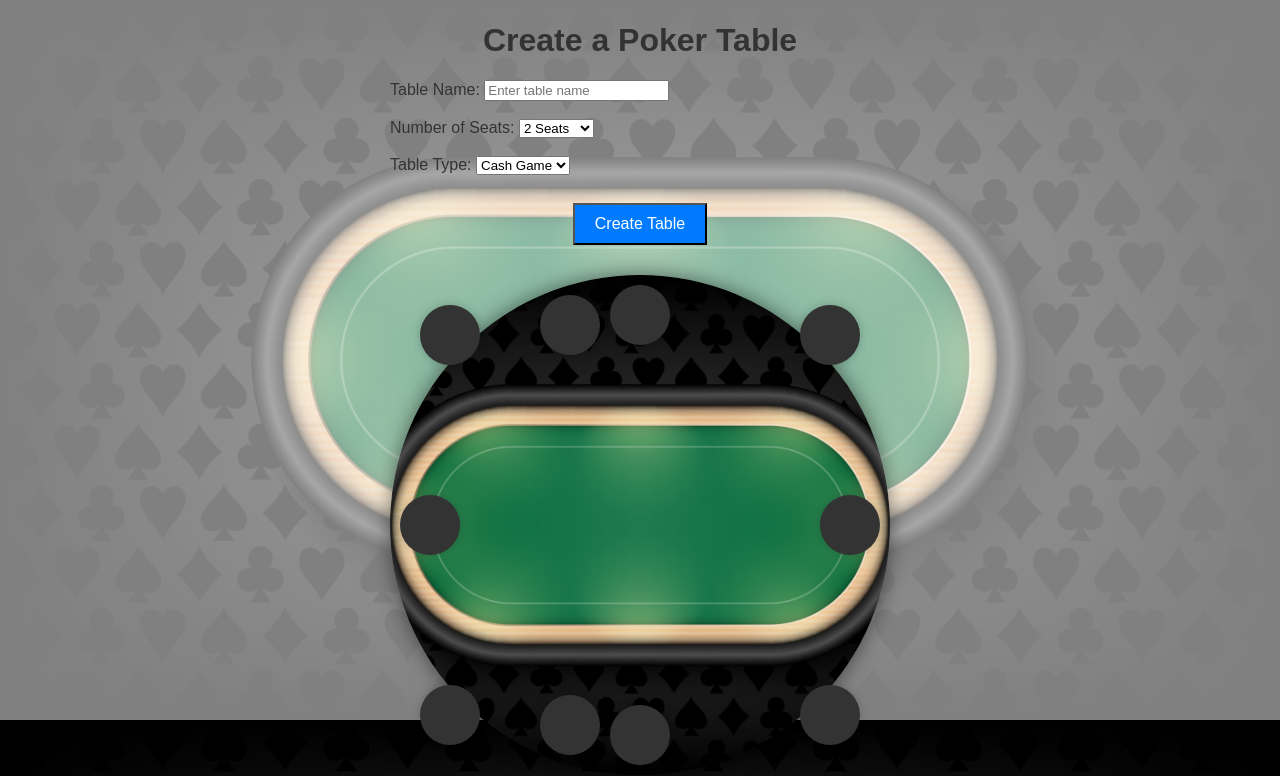
Repository: KidBillionaire/newapp
Page: public/create-table.html
The author's editor kept a copy of each file at every save. The page is drawn from the files as they stood at one save, then again after the next save.
The browser window is 1280 px wide. The pictures show the whole page.
Backgrounds fixed to the window are drawn as part of the page.

Above is the page before, as saved 2024-10-10 16:28:37.

### public/create-table.html
<!DOCTYPE html>
<html lang="en">
<head>
  <meta charset="UTF-8">
  <meta name="viewport" content="width=device-width, initial-scale=1.0">
  <title>Create a Poker Table</title>
  <link rel="stylesheet" href="styles.css"> <!-- Link to your styles -->
  <script defer src="/js/createTable.js"></script> <!-- Link to frontend JS for this page -->
</head>
<body class="create-table-page"> <!-- Apply the background image to this page -->
  <div>
    <h1>Create a Poker Table</h1>
    <form id="createTableForm">
      <label for="tableName">Table Name:</label>
      <input type="text" id="tableName" placeholder="Enter table name" required>
      <br><br>

      <label for="numSeats">Number of Seats:</label>
      <select id="numSeats">
        <option value="2">2 Seats</option>
        <option value="6">6 Seats</option>
        <option value="10">10 Seats</option>
      </select>
      <br><br>

      <label for="tableType">Table Type:</label>
      <select id="tableType">
        <option value="cash">Cash Game</option>
        <option value="tournament">Tournament</option>
      </select>
      <br><br>

      <button type="submit">Create Table</button>
    </form>

    <!-- Poker Table Container -->
    <div id="pokerTableContainer">
      <div id="pokerTable">
        <!-- Player Seats (Will be populated dynamically) -->
        <div class="seat seat-top" id="seat1"></div>
        <div class="seat seat-right" id="seat2"></div>
        <div class="seat seat-bottom" id="seat3"></div>
        <div class="seat seat-left" id="seat4"></div>
        <div class="seat seat-top-right" id="seat5"></div>
        <div class="seat seat-bottom-right" id="seat6"></div>
        <div class="seat seat-bottom-left" id="seat7"></div>
        <div class="seat seat-top-left" id="seat8"></div>
        <div class="seat seat-top-center" id="seat9"></div>
        <div class="seat seat-bottom-center" id="seat10"></div>
      </div>
    </div>
  </div>
</body>
</html>

### public/styles.css
body {
    font-family: Arial, sans-serif;
    background-color: #f7f9fc;
    padding: 20px;
}

h1 {
    text-align: center;
    color: #333;
}

#userTable {
    width: 80%;
    margin: 0 auto;
    border-collapse: collapse;
}

#userTable th,
#userTable td {
    border: 1px solid #ddd;
    padding: 8px;
    text-align: center;
}

#userTable th {
    background-color: #333;
    color: white;
}

button {
    display: block;
    margin: 10px auto;
    padding: 10px 20px;
    font-size: 16px;
    cursor: pointer;
}

button:hover {
    background-color: #555;
    /* Darker background */
    color: #fff;
    /* White text */
}


.montserrat-title {
    font-family: 'Montserrat', sans-serif;
    font-weight: 700;
    /* strong title font */
}

.montserrat-body {
    font-family: 'Montserrat', sans-serif;
    font-weight: 400;
    /* normal body font */
}

.container {
    display: flex;
    justify-content: space-around;
    align-items: center;
}

:root {
    --primary-color: #333;
    --secondary-color: #007BFF;
    --background: #f7f9fc;
}

body {
    background: var(--background);
    color: var(--primary-color);
}

button {
    background-color: var(--secondary-color);
    color: white;
}

/* Profile Settings Section */
#profileSettings {
    margin: 20px auto;
    width: 50%;
    border: 1px solid #ddd;
    padding: 20px;
    background-color: #fff;
    box-shadow: 0 0 10px rgba(0, 0, 0, 0.1);
}

.hidden {
    display: none;
}

#profileSettings label {
    display: inline-block;
    width: 150px;
}

#profileSettings input {
    width: calc(100% - 160px);
    padding: 8px;
    margin: 8px 0;
}

#profileSettings button {
    width: 100%;
    padding: 10px;
    background-color: #333;
    color: white;
    border: none;
    cursor: pointer;
}
/* Create a specific class for the Create Poker Table page background */
.create-table-page {
    background-image: url('images/vecteezy_poker-table-green-cloth-on-dark-background-vector-illustration_6325236.jpg'); /* Set background image */
    background-size: cover;         /* Scale the image to cover the entire page */
    background-repeat: no-repeat;   /* Prevent tiling */
    background-position: center;    /* Center the background */
    background-attachment: fixed;   /* Make the background fixed during scroll */
    padding: 20px;
    height: 100vh;                  /* Set height to fill the entire view height */
    display: flex;                  /* Use flexbox for centering */
    justify-content: center;        /* Center content horizontally */
    align-items: center;            /* Center content vertically */
  }

  .create-table-page::after {
    content: '';
    position: absolute;
    top: 0;
    left: 0;
    width: 100%;
    height: 100%;
    background: rgba(255, 255, 255, 0.5); /* Dark overlay */
    z-index: -1; /* Ensure it stays behind other elements */
  }
  /* Container for the poker table */
#pokerTableContainer {
    display: flex;
    justify-content: center;
    align-items: center;
    margin-top: 30px;
  }

  /* Style the poker table */
  #pokerTable {
    position: relative;
    width: 500px;
    height: 500px;
    border-radius: 50%; /* Make the table circular */
    background: url('images/vecteezy_poker-table-green-cloth-on-dark-background-vector-illustration_6325236.jpg') center/cover; /* Set background image */
    box-shadow: 0 0 20px rgba(0, 0, 0, 0.5);
  }

  /* Generic seat style */
  .seat {
    position: absolute;
    width: 60px;
    height: 60px;
    border-radius: 50%;
    background-color: #333;
    color: white;
    display: flex;
    justify-content: center;
    align-items: center;
    font-size: 14px;
    box-shadow: 0 0 10px rgba(0, 0, 0, 0.2);
  }

  /* Seat positions */
  .seat-top { top: 10px; left: 50%; transform: translateX(-50%); }
  .seat-right { top: 50%; right: 10px; transform: translateY(-50%); }
  .seat-bottom { bottom: 10px; left: 50%; transform: translateX(-50%); }
  .seat-left { top: 50%; left: 10px; transform: translateY(-50%); }

  .seat-top-right { top: 30px; right: 30px; }
  .seat-bottom-right { bottom: 30px; right: 30px; }
  .seat-bottom-left { bottom: 30px; left: 30px; }
  .seat-top-left { top: 30px; left: 30px; }

  .seat-top-center { top: 20px; left: 30%; }
  .seat-bottom-center { bottom: 20px; left: 30%; }

### public/js/createTable.js
// createTable.js

document.addEventListener("DOMContentLoaded", () => {
    const form = document.getElementById("createTableForm");
    const pokerTableContainer = document.getElementById("pokerTable");

    form.addEventListener("submit", function(event) {
      event.preventDefault(); // Prevent default form submission behavior

      // Get form values
      const tableName = document.getElementById("tableName").value;
      const numSeats = parseInt(document.getElementById("numSeats").value);

      // Clear existing seat visibility
      const seats = pokerTableContainer.getElementsByClassName("seat");
      for (let i = 0; i < seats.length; i++) {
        seats[i].style.display = "none"; // Hide all seats by default
      }

      // Show the appropriate number of seats
      for (let i = 0; i < numSeats; i++) {
        if (seats[i]) {
          seats[i].style.display = "block"; // Show only the selected number of seats
        }
      }

      // Optionally, display the table name
      alert(`Poker Table "${tableName}" created with ${numSeats} seats!`);
    });
  });

After the next save:
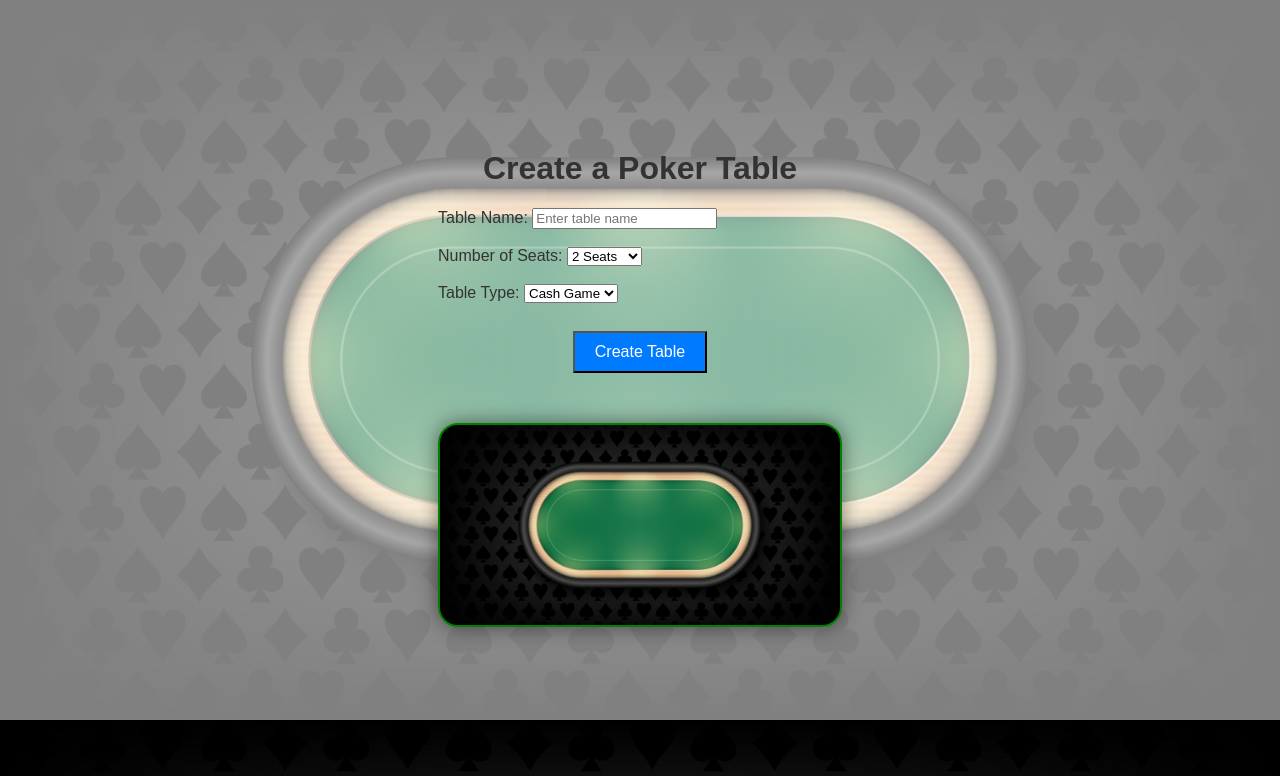
Saved 53 s later.
--- a/public/styles.css
+++ b/public/styles.css
@@ -180,3 +180,29 @@ button {
 
   .seat-top-center { top: 20px; left: 30%; }
   .seat-bottom-center { bottom: 20px; left: 30%; }
+  /* styles.css */
+
+.create-table-page {
+    background-image: url('images/vecteezy_poker-table-green-cloth-on-dark-background-vector-illustration_6325236.jpg') center/cover; /* Set background image */
+    background-size: cover;
+}
+
+#pokerTable {
+    position: relative; /* To position seats correctly */
+    width: 400px; /* Width of the poker table */
+    height: 200px; /* Height of the poker table */
+    margin: 20px auto; /* Center the poker table */
+    border: 2px solid green; /* Border for the poker table */
+    border-radius: 20px; /* Rounded corners */
+}
+
+.seat {
+    display: none; /* Initially hide all seats */
+    width: 40px; /* Width of each seat */
+    height: 40px; /* Height of each seat */
+    background-color: #FFF; /* Seat color */
+    border: 1px solid #000; /* Seat border */
+    position: absolute; /* To position seats */
+}
+
+/* Add seat positioning styles here (seat-top, seat-bottom, etc.) */
